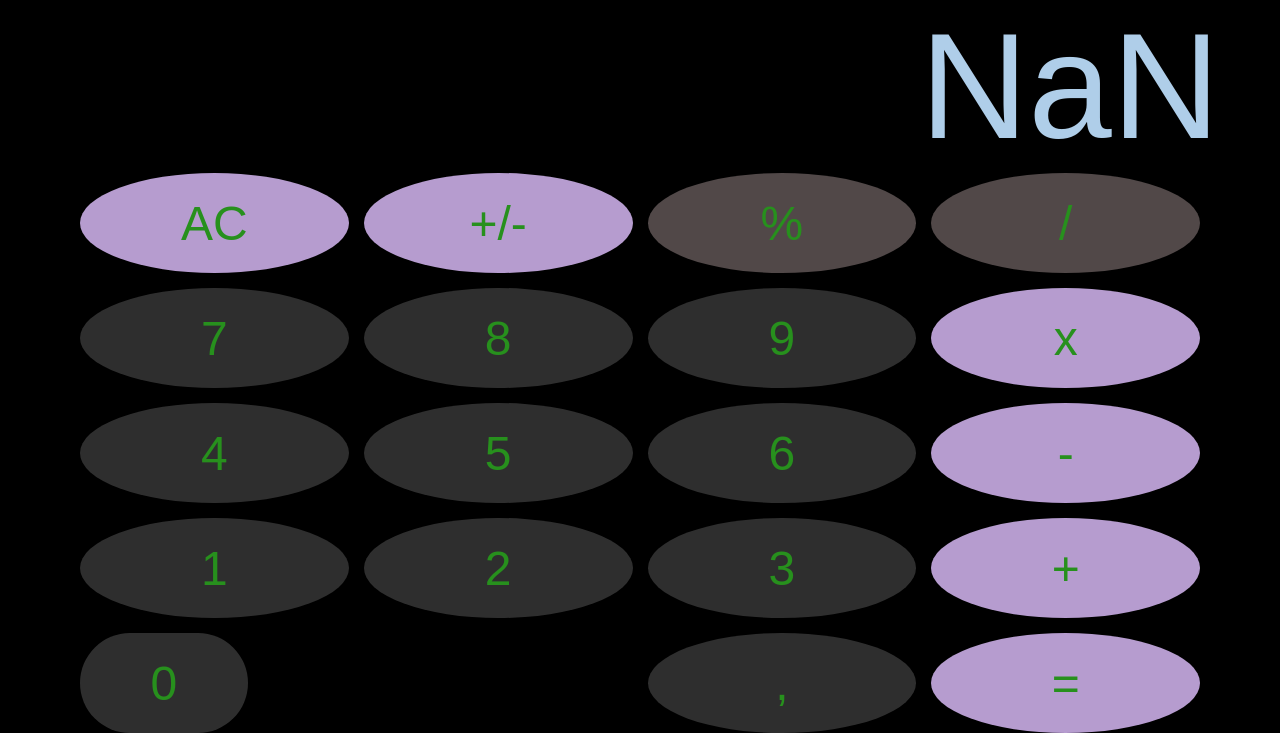
Repository: usalokiN/Web-calculator
Page: index.html
These files come from the project's save history. The page is drawn as it stood at one moment and after the next save; the edit follows.
The browser window is 1280 px wide. The pictures show the whole page.
After loading, the first visible `button.numbers` was clicked once.

Above is the page before, as saved 2022-10-06 20:48:38.

After the next save:
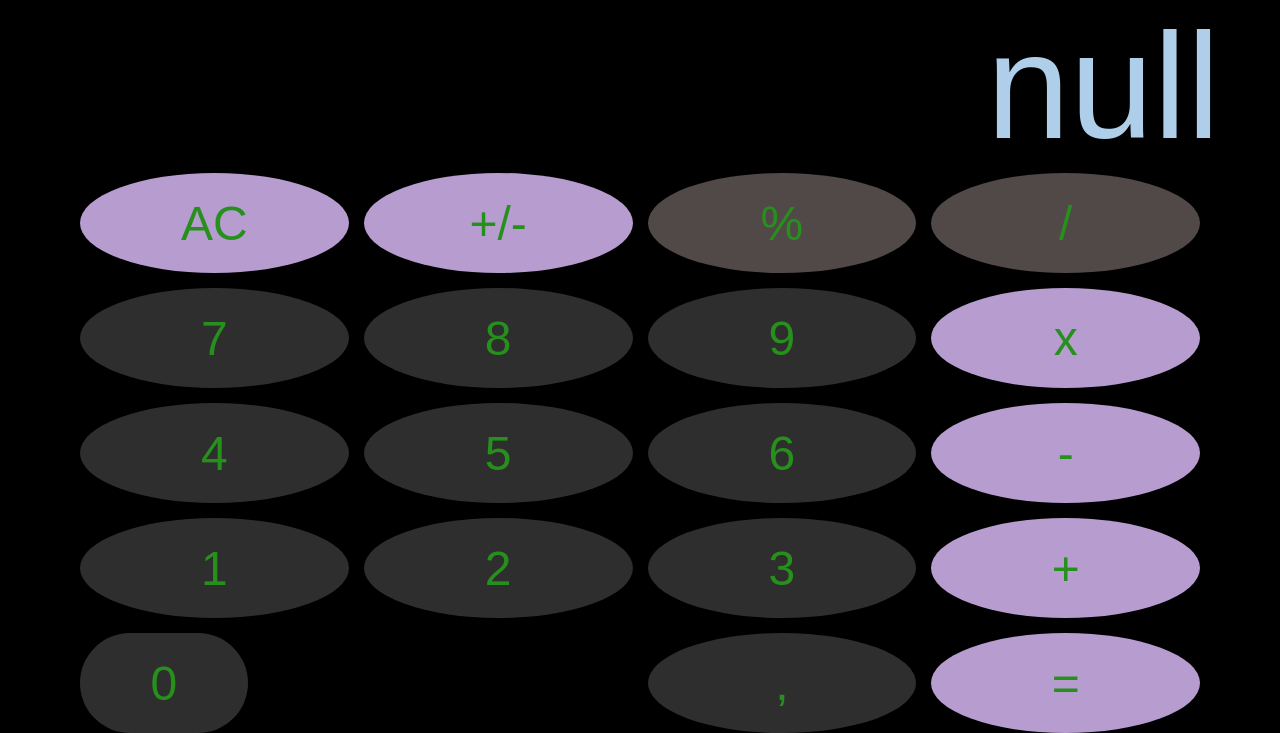
Saved 6 min 56 s later.
--- a/index.js
+++ b/index.js
@@ -22,9 +22,9 @@
         if (isFirstValue == false) {
             getFirstValue(atr);
         }
-        if (isSecondValue == false) {
-            getFirstValue(atr);
-        }
+        // if (isSecondValue == false) {
+        //     getFirstValue(atr);
+        // }
     });
 
     function getFirstValue (el) {

After the save that followed:
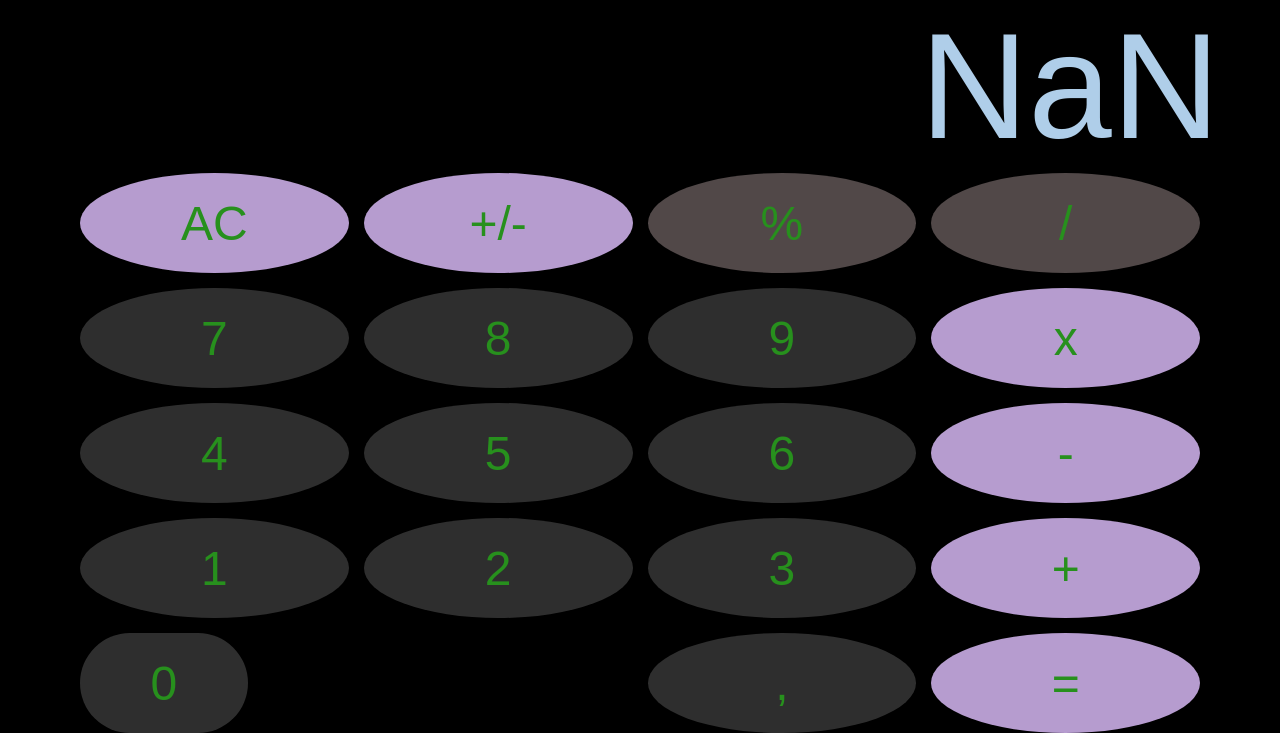
Saved 27 s later.
--- a/index.js
+++ b/index.js
@@ -19,12 +19,12 @@
 for (let i = 0; i <numbers.length; i++) {
     numbers[i].addEventListener('click', (e)=> {
         let atr = e.target.getAttribute('value');
-        if (isFirstValue == false) {
+        if (isFirstValue === false) {
             getFirstValue(atr);
         }
-        // if (isSecondValue == false) {
-        //     getFirstValue(atr);
-        // }
+        if (isSecondValue == false) {
+            getFirstValue(atr);
+        }
     });
 
     function getFirstValue (el) {
